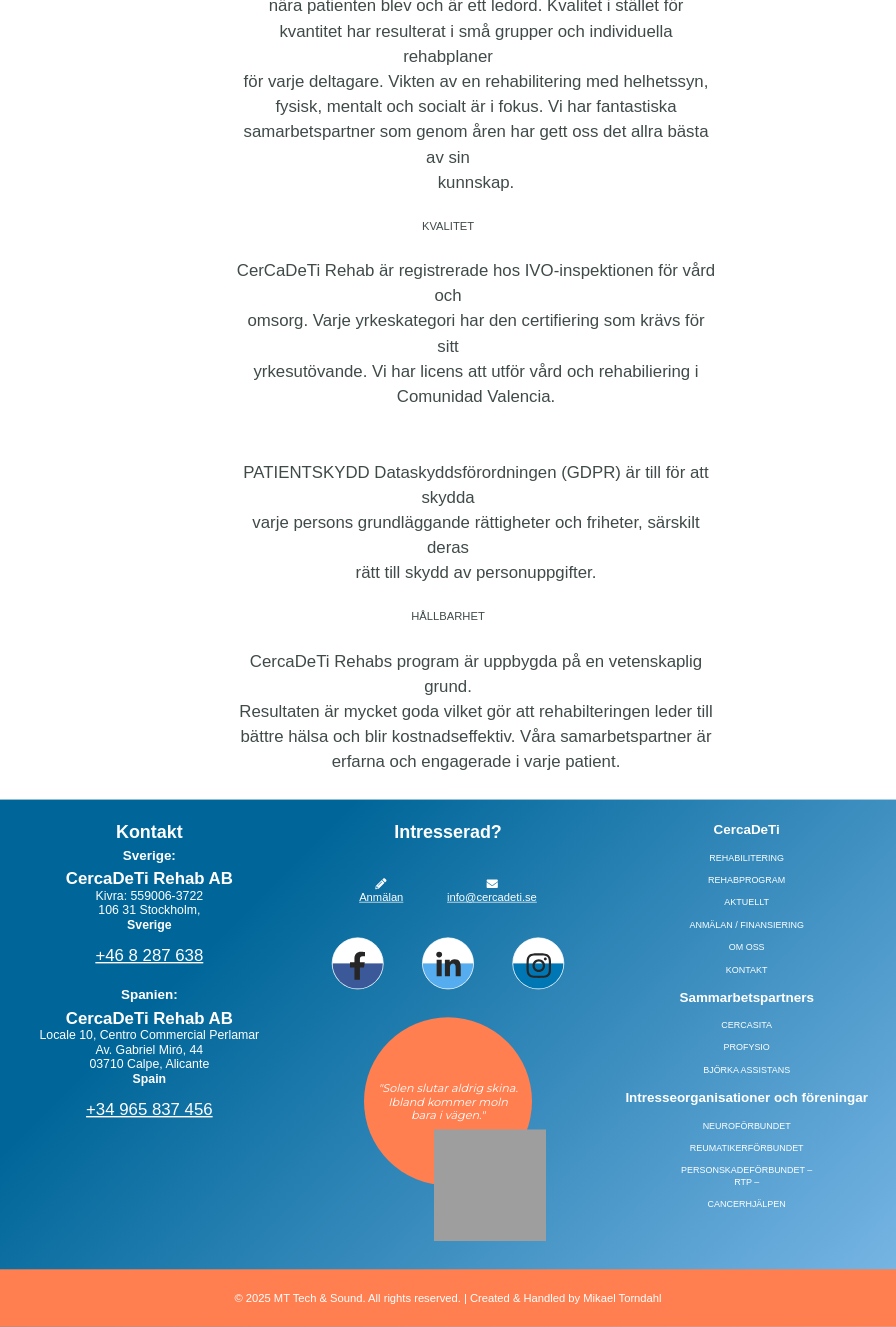
Repository: micketorndahl/CercaDeTi-rehab
Page: om-oss.html
An editor plug-in stored every save of this project. The page is shown before and after the next save, followed by the edit.
The browser window is 1280 px wide. The pictures show the part of the page from y = 1485 to 3405 px (the page is 3381 px tall before and 3405 px after), at 70% of full size.
Pictures or frames that could not be fetched are drawn as grey boxes. The page's requests for data from a server got no answer. Backgrounds fixed to the window are drawn as part of the page. Some web fonts or font styles are not loaded; a fallback is used. Some web libraries are served in a nearby version.

Above is the page before, as saved 2025-02-01 22:53:38.
Console error: TypeError: Cannot read properties of null (reading 'addEventListener')

After the next save:
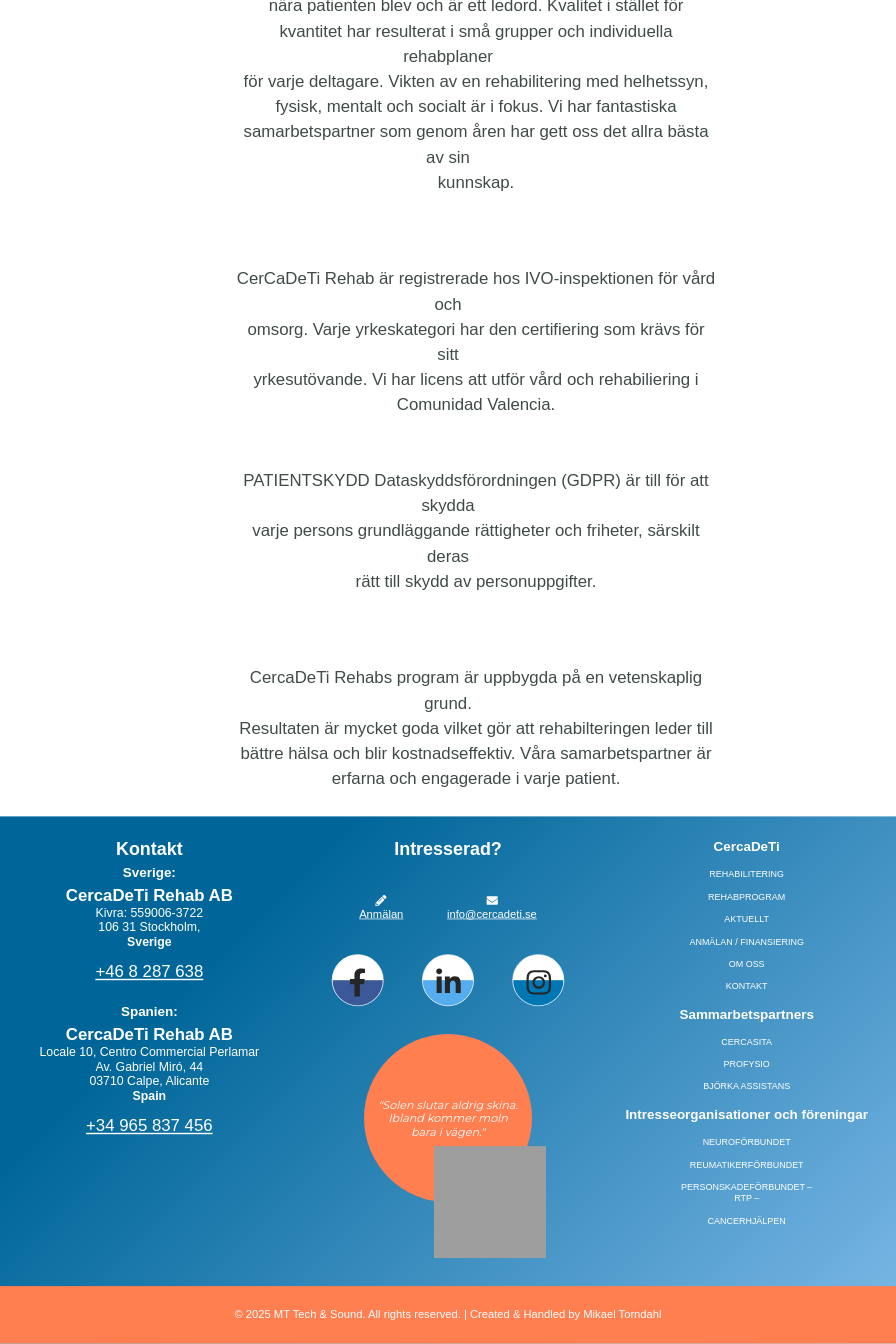
Saved 16 s later.
--- a/om-oss.html
+++ b/om-oss.html
@@ -101,7 +101,7 @@
             samarbetspartner som genom åren har gett oss det allra bästa av sin
             kunnskap.
           </p>
-          KVALITET
+          <h4>KVALITET</h4>
 
           <p>
             CerCaDeTi Rehab är registrerade hos IVO-inspektionen för vård och
@@ -116,7 +116,7 @@
             rätt till skydd av personuppgifter.
           </p>
 
-          HÅLLBARHET
+          <h4>HÅLLBARHET</h4>
 
           <p>
             CercaDeTi Rehabs program är uppbygda på en vetenskaplig grund.
